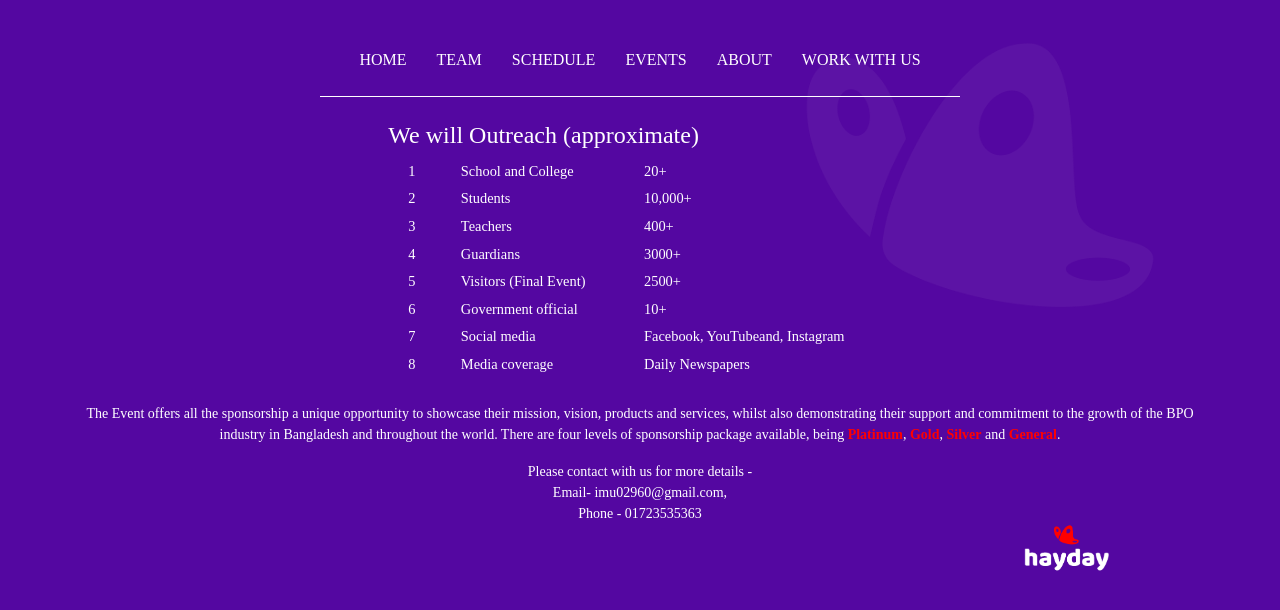
Repository: im1971/company-web
Page: workWithUs.html
These files come from the project's save history. The page is drawn as it stood at one moment and after the next save; the edit follows.
The browser window is 1280 px wide. The pictures show the whole page.
Some web fonts or font styles are not loaded; a fallback is used.

Above is the page before, as saved 2020-01-28 12:51:47.

After the next save:
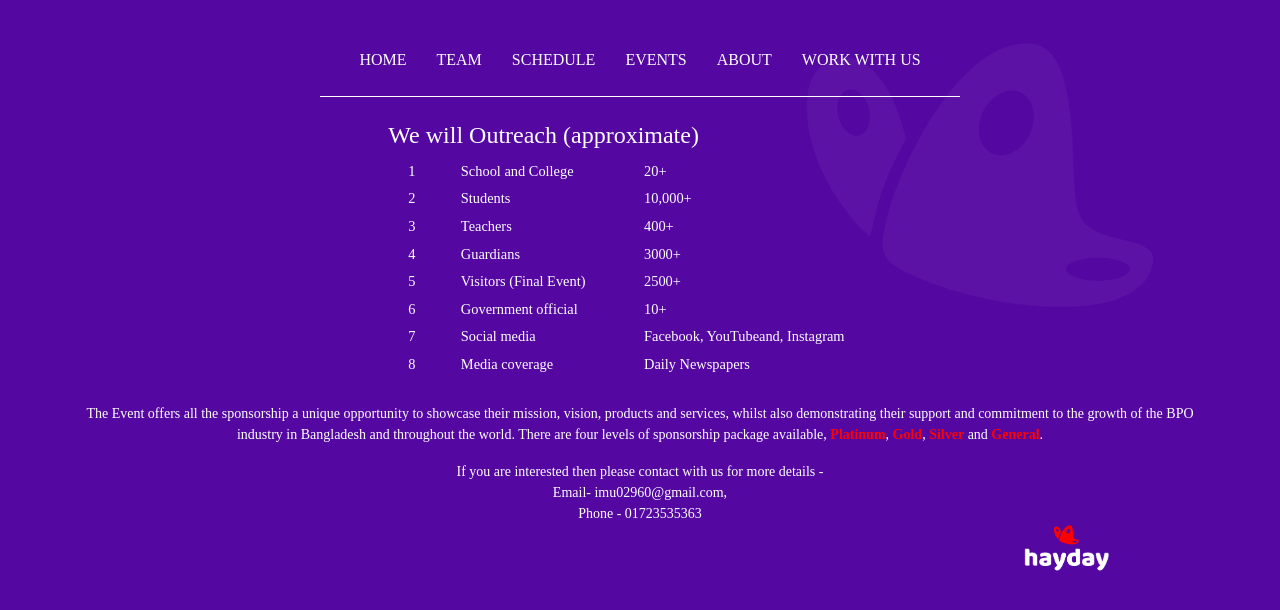
Saved 2 min 11 s later.
--- a/workWithUs.html
+++ b/workWithUs.html
@@ -2,6 +2,8 @@
 <html>
 
 <head>
+    <meta charset="utf-8">
+    <meta name="viewport" content="width=device-width, initial-scale=1">
     <title>hayday</title>
     <link rel="shortcut icon" type="img/x-icon" href="img/fav.png" />
     <link rel="stylesheet" href="css/mdb.min.css">
@@ -111,9 +113,9 @@
                     <div class="col-md-12 text-center">
                         <p>
                             The Event offers all the sponsorship a unique opportunity to showcase their mission, vision, products and services, whilst also demonstrating their support and commitment to the growth of the BPO industry in Bangladesh and throughout the world. There
-                            are four levels of sponsorship package available, being <b> Platinum</b>,<b> Gold</b>, <b>Silver</b> and <b>General</b>.
+                            are four levels of sponsorship package available, <b> Platinum</b>,<b> Gold</b>, <b>Silver</b> and <b>General</b>.
                         </p>
-                        <p class="mb-0"> Please contact with us for more details -<br> Email- imu02960@gmail.com,<br> Phone - 01723535363 </p>
+                        <p class="mb-0"> If you are interested then please contact with us for more details -<br> Email- imu02960@gmail.com,<br> Phone - 01723535363 </p>
                     </div>
                 </div>
             </div>
